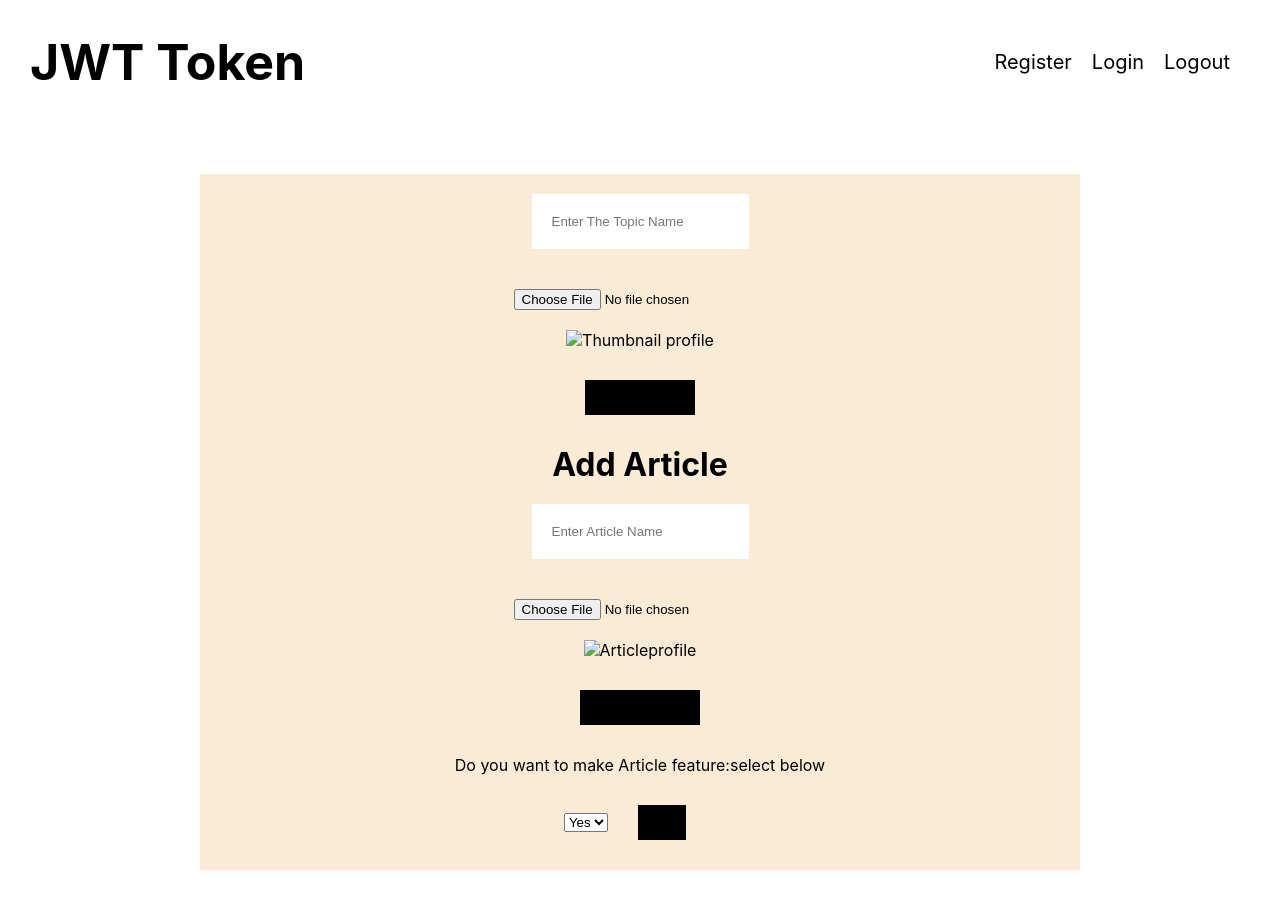
Repository: Prafullkuma/jwttoken
Page: /admin
The author's editor kept a copy of each file at every save. The page is drawn from the files as they stood at one save, then again after the next save.
The browser window is 1280 px wide. The pictures show the whole page.
The project was rebuilt for these pictures with package versions that can differ from the ones it lists, and the page was loaded fresh each time. Also part of the build but not shown: src/App.css, src/component/Auth/Signup.js, src/component/Auth/Signin.js, src/component/User/User.js, src/component/Home/Home.js, src/component/Auth/Logout.js.

Above is the page before, as saved 2020-08-22 22:08:29.

### src/App.js
import React from 'react';
import { BrowserRouter, Route } from 'react-router-dom'
import './App.css';
import Navbar from './component/Navbar'
import Signup from './component/Auth/Signup';
import Signin from './component/Auth/Signin';
import User from './component/User/User';
import Dashboard from './component/Admin/Dashboard';
import Home from './component/Home/Home';
import Logout from './component/Auth/Logout'
function App() {
  return (
    <div className="App">
      <BrowserRouter>
        <Navbar />
        <Route path="/signup" component={Signup} />
        <Route path="/signin" component={Signin} />
        <Route path="logout" component={Logout} />
        <Route path="/user" component={User} />
        <Route path="/admin" component={Dashboard} />
        <Route exact path="/" component={Home} />
      </BrowserRouter>
    </div>
  );
}

export default App;

### src/component/Navbar.js
import React from 'react'
import { Link } from 'react-router-dom'
import './Navbar.css'
function Navbar() {
    return (
        <div>
            <section className="Nav">
                <h1> <Link to="/">JWT Token</Link></h1>
                <nav className="navbar-items">
                    <ul>
                        <li><Link to="/signup">Register</Link></li>
                        <li><Link to="/signin">Login</Link></li>
                        <li><Link to="/">Logout</Link></li>
                    </ul>

                </nav>
            </section>
        </div>
    )
}

export default Navbar

### src/component/Admin/Dashboard.js
import React, { useState } from 'react'
import './Dashboard.css'
function Dashboard() {
    const [topic, setTopic] = useState('')
    const [thumbnail, setThumbnail] = useState()
    const [title, setTitle] = useState('')
    const [articleImage, setArticleImage] = useState('')
    const [feature, setFeature] = useState('')
    const [flag, setFlag] = useState(false)
    const addThumbnail = (e) => {
        console.log(e.target.file)
    }
    const addArticleImage = () => {

    }
    const saveAllData = () => {

    }
    return (
        <div className="Dashboard">
            <div className="Topic_name">
                <input type="text"
                    value={topic}
                    onChange={e => setTopic(e.target.value)}
                    placeholder="Enter The Topic Name" />
                <br />
                <input type="file"
                    value={thumbnail}
                    onChange={e => setThumbnail(e.target.value)} /><br />
                <img src="" alt="Thumbnail profile" /><br />
                <button onClick={addThumbnail}> Add Thumbnail</button>

            </div>
            <div className="ArticleName">
                <h1> Add Article</h1>
                <input type="text"
                    value={title}
                    placeholder="Enter Article Name"
                    onChange={e => setTitle(e.target.value)} />
                <br />
                <input type="file"
                    value={articleImage}
                    onChange={e => setArticleImage(e.target.value)} /><br />
                <img src="" alt="Articleprofile" /><br />
                <button onClick={addArticleImage}> Add ArticleImage</button><br />
                <span>Do you want to make Article feature:select below</span><br />
                <select value={feature} onChange={e => setFeature(e.target.value)}>
                    <option selected value={true}>Yes</option>
                    <option value={false}>No</option>
                </select>

                <button type="submit" onClick={saveAllData}> save</button>
            </div>

        </div>
    )
}

export default Dashboard

### src/component/Navbar.css
.Nav{
display: flex;
align-items: center;
justify-content: space-between;
padding: 30px;
}
ul,li{
    list-style: none;
    float: left;
    margin: 10px;
    font-size: 20px;
}
.Nav h1{
    font-size: 50px;
}
.Nav a{
    text-decoration: none;
    color:black
}
.navbar-items{
    display: flex;
}

### src/component/Admin/Dashboard.css
.Dashboard{
    margin-top: 50px;
    display: flex;
    flex-direction: column;
    margin: 50px 200px;
    background-color: antiquewhite;
    text-align: center;
}
.Dashboard input{
    border: none;
    padding: 20px;
    margin-top: 20px;
}
.Dashboard button{
    padding: 10px;
    margin: 30px;
    border: none;
    background-color: black;
}

Loaded but not shown: src/index.js (common file); src/index.css (common file)

After the next save:
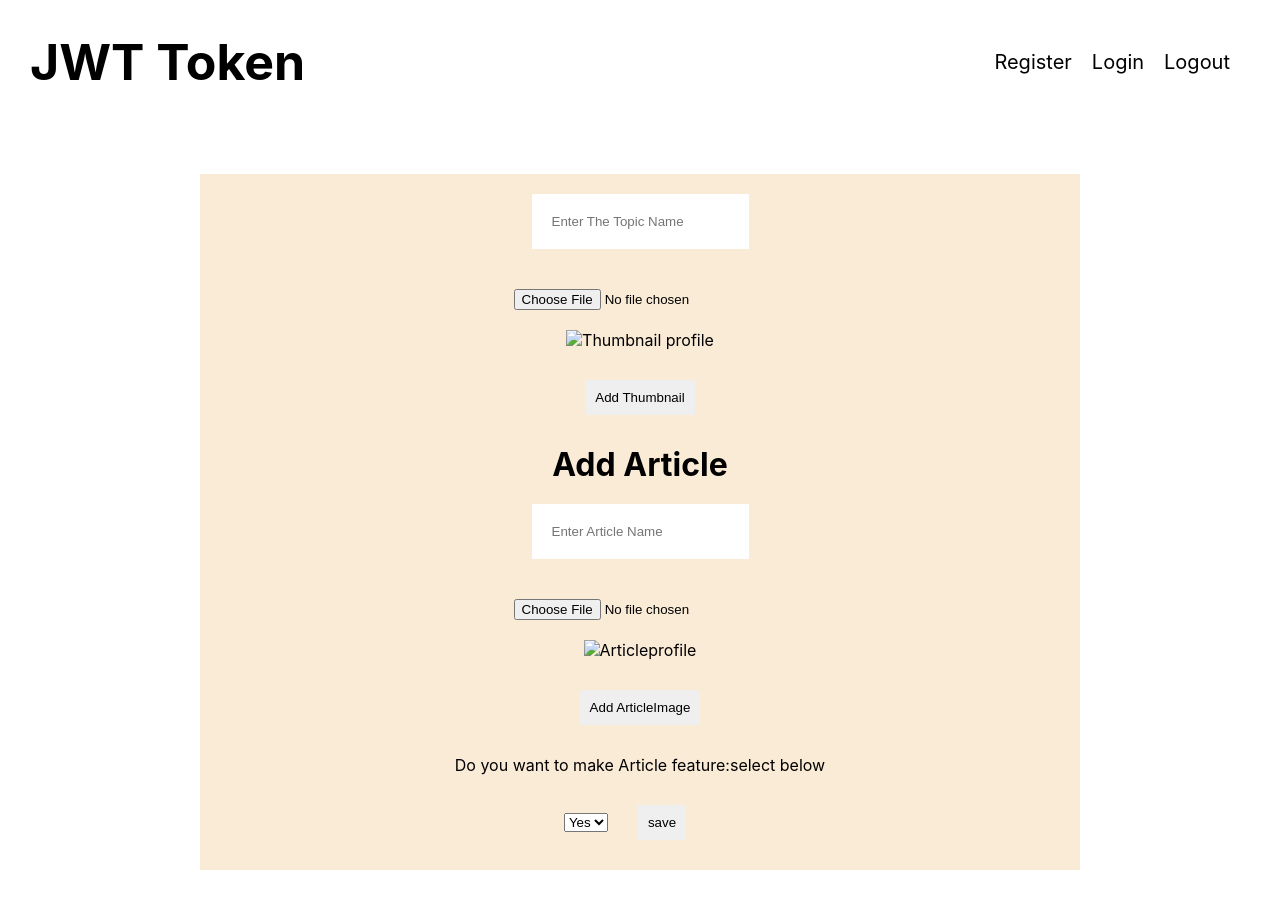
Saved 4 s later.
--- a/src/component/Admin/Dashboard.css
+++ b/src/component/Admin/Dashboard.css
@@ -15,5 +15,5 @@
     padding: 10px;
     margin: 30px;
     border: none;
-    background-color: black;
+
 }
